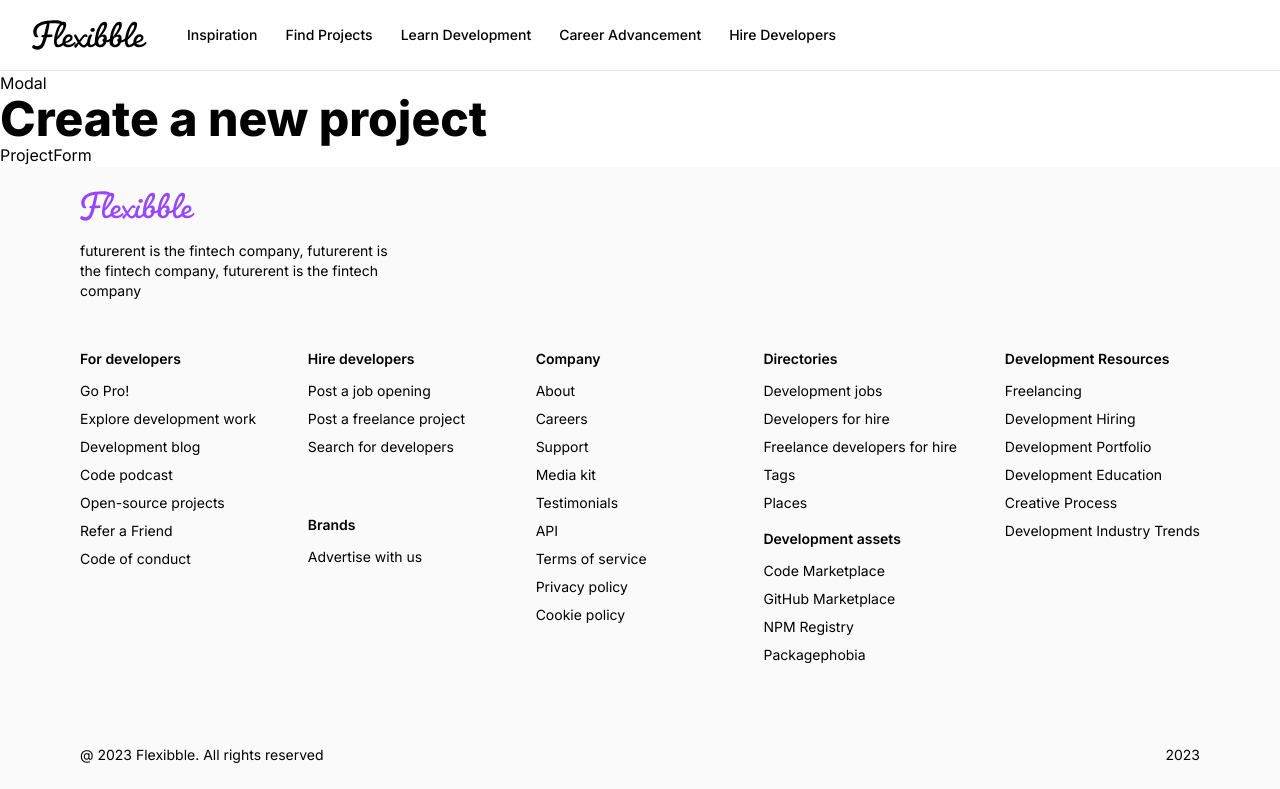
Repository: cicifuture/collectables
Page: /create-project
The author's editor kept a copy of each file at every save. The page is drawn from the files as they stood at one save, then again after the next save.
The browser window is 1280 px wide. The pictures show the whole page.
The page's requests for data from a server got no answer. The project was rebuilt for these pictures with package versions that can differ from the ones it lists, and the page was loaded fresh each time. The framework's server and built-in components were replaced by stand-ins that run in the browser. No one was signed in, and anything a server would have sent is missing. Also part of the build but not shown: next.config.js, components/AuthProviders.tsx, components/ProfileMenu.tsx.

Above is the page before, as saved 2023-09-26 21:51:45.

After the next save:
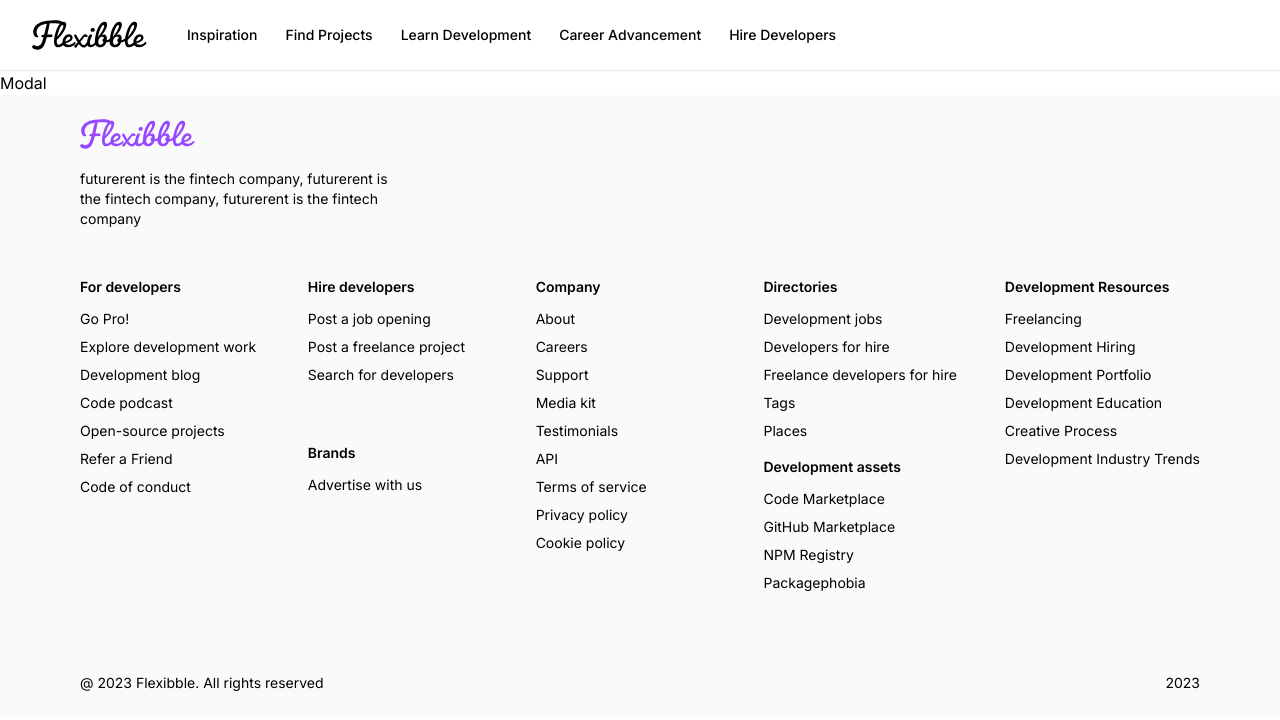
Saved 25 s later.
--- a/app/create-project/page.tsx
+++ b/app/create-project/page.tsx
@@ -4,10 +4,10 @@
 const CreateProject = () => {
   return (
     <>
-    <Modal />
+    <Modal>
     <h3 className='modal-head-text'>Create a new project</h3>
     <ProjectForm />
-
+    </Modal>
     </>
   )
 }
